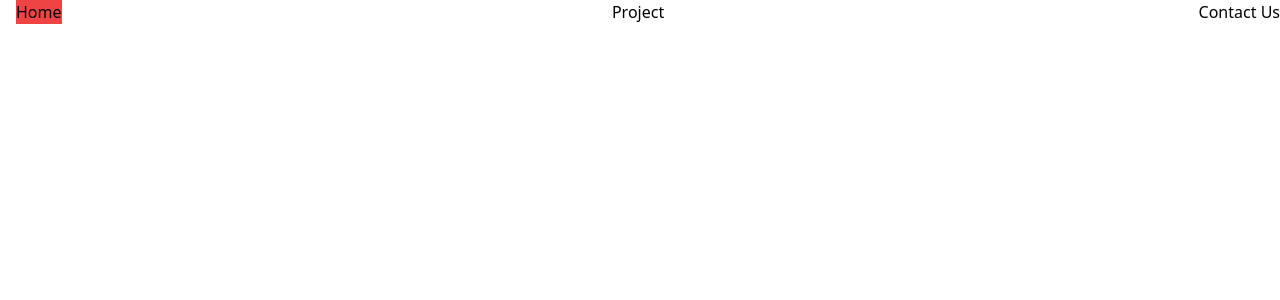
Repository: ashut6138/RozarpayClone
Page: Desktop/RozarpayClone/index.html
An editor plug-in stored every save of this project. The page is shown before and after a run of saves, followed by the edit.
The browser window is 1280 px wide. The pictures show the whole page.
Some web libraries are served in a nearby version.

Above is the page before, as saved 2025-01-21 23:07:02.

After the next 3 saves:
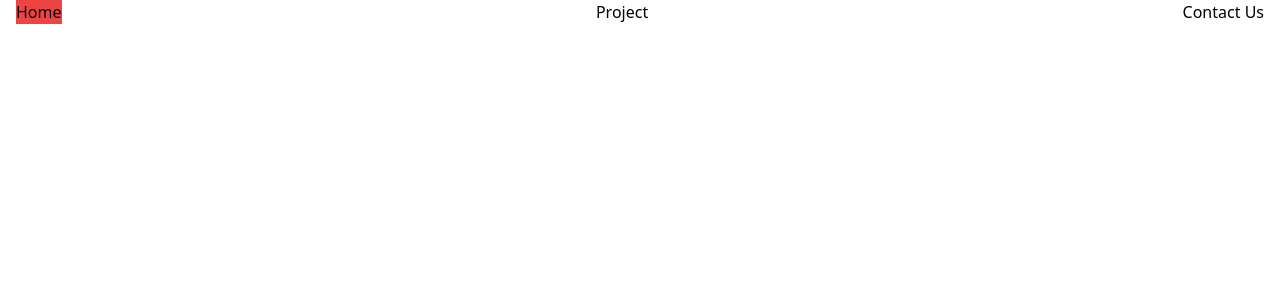
The 3 saves are shown as one change because they came seconds apart.
The last was saved 13 s later.
--- a/Desktop/RozarpayClone/index.html
+++ b/Desktop/RozarpayClone/index.html
@@ -12,7 +12,7 @@
         <ul class="flex justify-between">
             <li class="mx-4 bg-red-500">Home</li>
             <li class="mx-4 bg-white">Project</li>
-            <li class="">Contact Us</li>
+            <li class="mx-4 bg">Contact Us</li>
         </ul>
     </nav>
 
